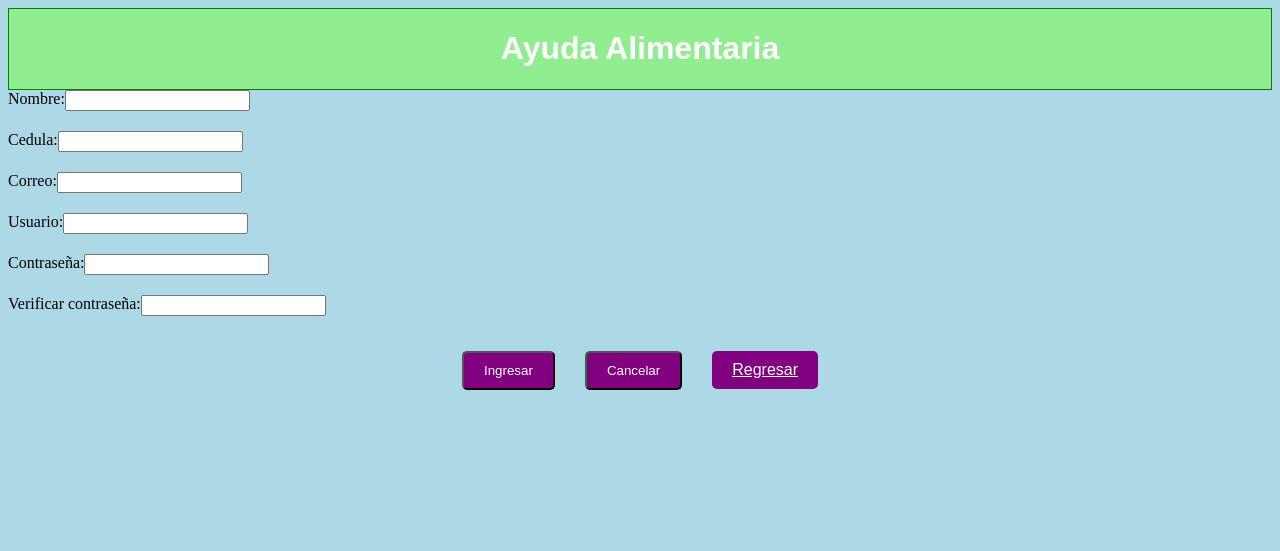
Repository: sonicspeed1/examen1_codigo_bryansantillan
Page: http://localhost/examen_1_bryan_santillan/modificar.jsp
An editor plug-in stored every save of this project. The page is shown before and after the next save, followed by the edit.
The browser window is 1280 px wide. The pictures show the whole page.
The page is served by Tomcat 9.

Above is the page before, as saved 2024-05-29 03:07:28.

After the next save:
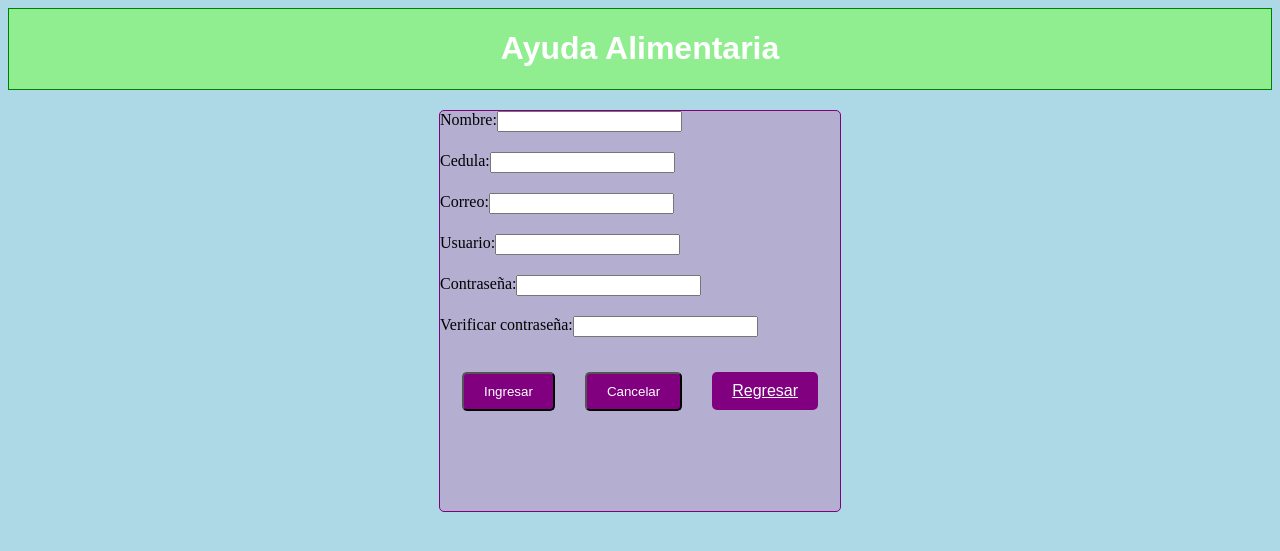
Saved 50 s later.
--- a/examen_1_bryan_santillan/src/main/webapp/modificar.jsp
+++ b/examen_1_bryan_santillan/src/main/webapp/modificar.jsp
@@ -13,7 +13,9 @@
 <div class="cuadro">
 <h1 class="titulo">Ayuda Alimentaria</h1>
 </div>
-<form action=Respuesta.jsp method="post">
+<div class="container">
+    <div class="cuadro2">
+    <form action=Respuesta.jsp method="post">
     <label class="item_reg">Nombre: <input type="text" name="nombre"></label>
 <label class="item_reg">Cedula: <input type="text" name="ci"></label>
 <label class="item_reg">Correo: <input type="text" name="correo"></label>
@@ -25,6 +27,5 @@
  <input value="Cancelar" name="cancelar" type="reset" class="button">
  <a href="Login.jsp" class="button">Regresar</a>
  </div>
- </form>
 </body>
 </html>
